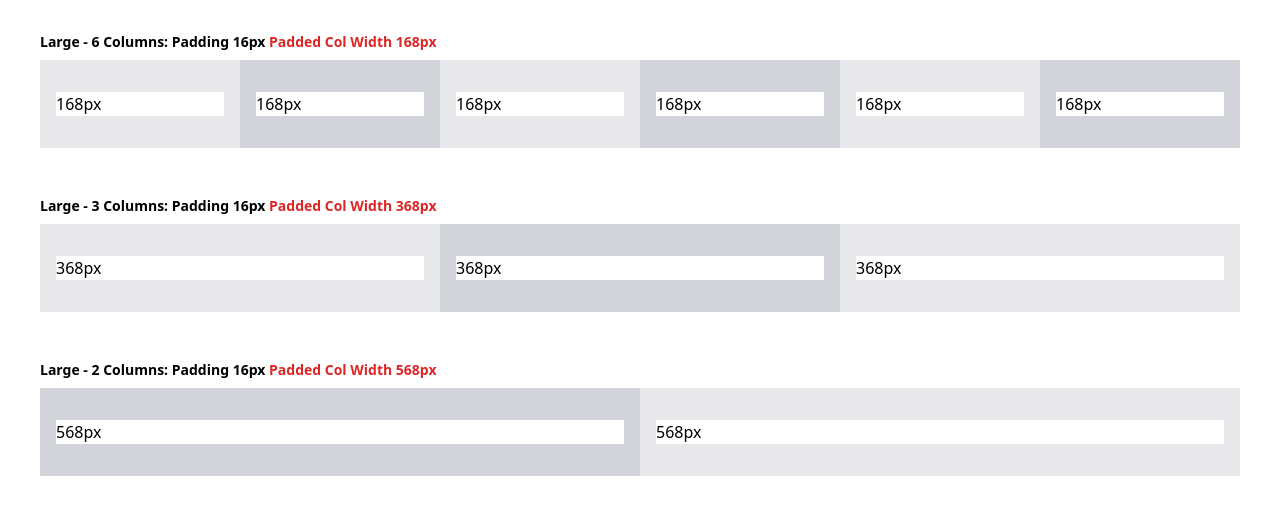
Repository: fabianwurk/vue-tailwind
Page: /
An editor plug-in stored every save of this project. The page is shown before and after the next save, followed by the edit.
The browser window is 1280 px wide. The pictures show the whole page.
The project was rebuilt for these pictures with package versions that can differ from the ones it lists, and the page was loaded fresh each time. Also part of the build but not shown: vite.config.js.

Above is the page before, as saved 2021-03-15 23:59:55.

### src/App.vue
<template>
  <Tail />
  <!-- <Wind /> -->
</template>

<script setup>
import Tail from './components/Tail.vue';
// import Wind from './components/Wind.vue';

</script>

### src/components/Tail.vue
<template>
  <div>

  <div class="container mx-auto">
    <h2 class="text-sm font-bold mb-2 mt-8">Large - 6 Columns: Padding 16px <span class="text-red-600">Padded Col Width {{ sixCol }}</span></h2>
    <div class="flex items-center">
      <div class="w-1/6 bg-gray-200 mb-4 mt-0 py-8 px-4">
        <span class="bg-white w-full block">{{ sixCol }}</span>
      </div>
      <div class="w-1/6 bg-gray-300 mb-4 mt-0 py-8 px-4">
        <span class="bg-white w-full block">{{ sixCol }}</span>
      </div>
      <div class="w-1/6 bg-gray-200 mb-4 mt-0 py-8 px-4">
        <span class="bg-white w-full block">{{ sixCol }}</span>
      </div>
      <div class="w-1/6 bg-gray-300 mb-4 mt-0 py-8 px-4">
        <span class="bg-white w-full block">{{ sixCol }}</span>
      </div>
      <div class="w-1/6 bg-gray-200 mb-4 mt-0 py-8 px-4">
        <span class="bg-white w-full block">{{ sixCol }}</span>
      </div>
      <div class="w-1/6 bg-gray-300 mb-4 mt-0 py-8 px-4">
        <span class="bg-white w-full block">{{ sixCol }}</span>
      </div>
    </div>
  </div>

  <div class="container mx-auto">
    <h2 class="text-sm font-bold mb-2 mt-8">Large - 3 Columns: Padding 16px <span class="text-red-600">Padded Col Width {{ threeCol }}</span></h2>
    <div class="flex items-center">
      <div class="w-1/3 bg-gray-200 mb-4 mt-0 py-8 px-4">
        <span class="bg-white w-full block">{{ threeCol }}</span>
      </div>
      <div class="w-1/3 bg-gray-300 mb-4 mt-0 py-8 px-4">
        <span class="bg-white w-full block">{{ threeCol }}</span>
      </div>
      <div class="w-1/3 bg-gray-200 mb-4 mt-0 py-8 px-4">
        <span class="bg-white w-full block">{{ threeCol }}</span>
      </div>
    </div>
  </div>

  <div class="container mx-auto">
    <h2 class="text-sm font-bold mb-2 mt-8">Large - 2 Columns: Padding 16px <span class="text-red-600">Padded Col Width {{ twoCol }}</span></h2>
    <div class="flex items-center">
      <div class="w-1/2 bg-gray-300 mb-4 mt-0 py-8 px-4">
        <span class="bg-white w-full block">{{ twoCol }}</span>
      </div>
      <div class="w-1/2 bg-gray-200 mb-4 mt-0 py-8 px-4">
        <span class="bg-white w-full block">{{ twoCol }}</span>
      </div>
    </div>
  </div>

  </div>
</template>

<script>
export default {
  data() {
    return {
      sixCol: "168px",
      threeCol: "368px",
      twoCol: "568px",
    };
  },
}
</script>

### tailwind.config.js
module.exports = {
  purge: ['./index.html', './src/**/*.{vue,js,ts,jsx,tsx}'],
  darkMode: false, // or 'media' or 'class'
  theme: {
    extend: {
      screens: {
        'xl': {'min': '1200px', 'max': '1280px'},
        '2xl': {'max': '1280px'},
      },
    },
  },
  variants: {
    extend: {},
  },
  plugins: [],
}

Loaded but not shown: index.html (common file); src/main.js (common file); src/index.css (common file)

After the next save:
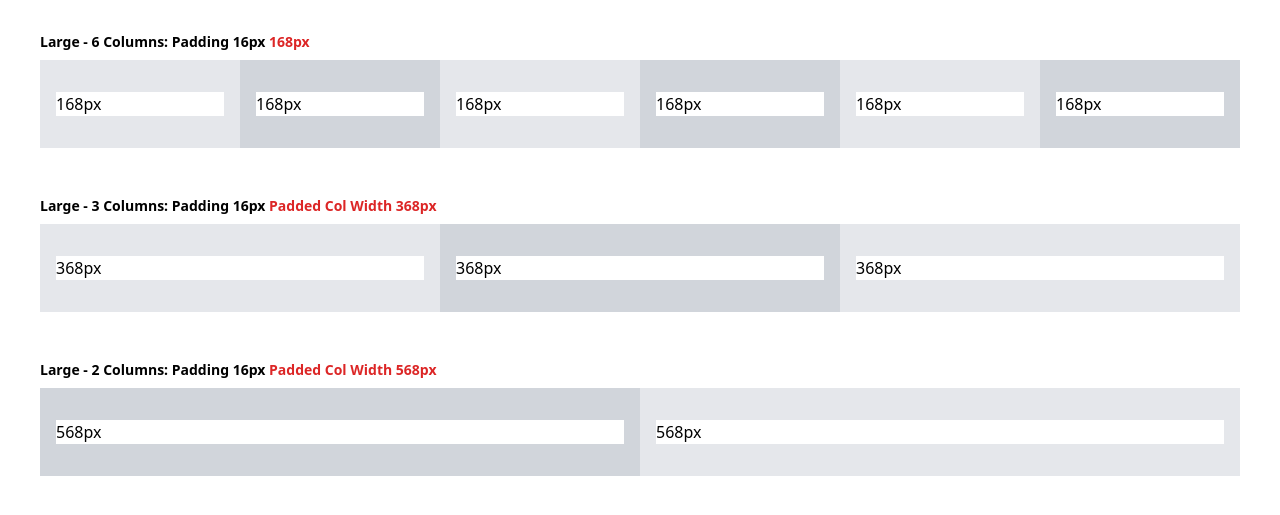
Saved 39 s later.
--- a/src/components/Tail.vue
+++ b/src/components/Tail.vue
@@ -2,7 +2,7 @@
   <div>
 
   <div class="container mx-auto">
-    <h2 class="text-sm font-bold mb-2 mt-8">Large - 6 Columns: Padding 16px <span class="text-red-600">Padded Col Width {{ sixCol }}</span></h2>
+    <h2 class="text-sm font-bold mb-2 mt-8">Large - 6 Columns: Padding 16px <span class="text-red-600">{{ sixCol }}</span></h2>
     <div class="flex items-center">
       <div class="w-1/6 bg-gray-200 mb-4 mt-0 py-8 px-4">
         <span class="bg-white w-full block">{{ sixCol }}</span>
